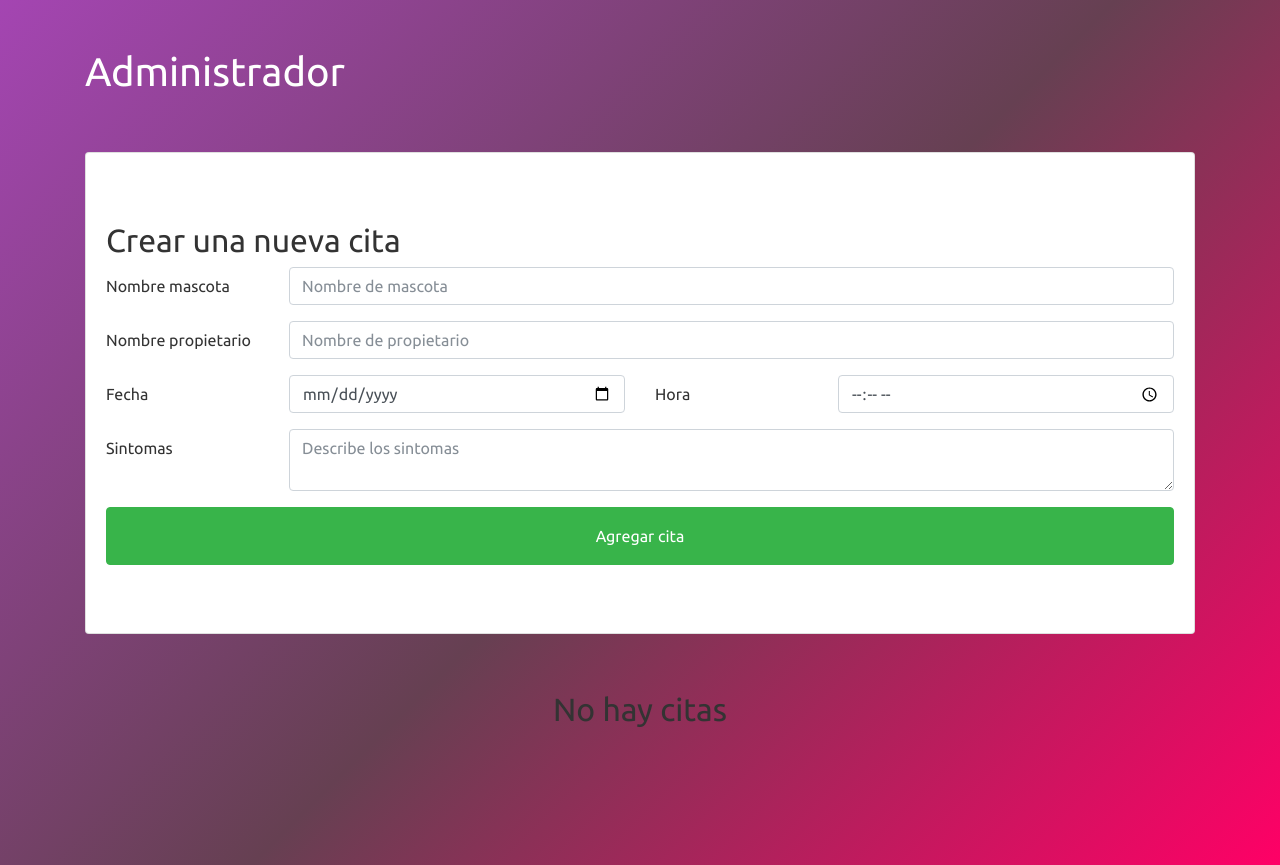
Repository: harrycampaz/react-veterinario-form
Page: /
An editor plug-in stored every save of this project. The page is shown before and after the next save, followed by the edit.
The browser window is 1280 px wide. The pictures show the whole page.
The project was rebuilt for these pictures with package versions that can differ from the ones it lists, and the page was loaded fresh each time. Also part of the build but not shown: src/components/layout/ItemCita.js.

Above is the page before, as saved 2020-01-16 18:15:06.

### src/index.css
html {
  min-height: 100%;
}
body {
  margin: 0;
  padding: 0;
  font-family: sans-serif;
  background-image: linear-gradient(-225deg, #A445B2 0%, rgb(102, 64, 82) 52%, #FF0066 100%);
  min-height: 100%;
  padding-bottom: 5rem;
}

header {
  margin-top: 3rem;
}
h3 {
  color: white;
}
header h1 {
  color: white;
}
.lista-citas .media {
  border-bottom: 1px solid #e1e1e1;
  padding-bottom: 3rem;
}

.lista-citas .media:last-of-type{
  border-bottom: 0;
}
.lista-citas .media-body p {
  margin:0;
}
.lista-citas .media-body button {
  margin-top: 1rem!important;
}
.lista-citas .media-body span {
  font-weight: bold;
}
.col-form-label {
  font-size: 12px;
}

### src/App.js
import React, { Component } from "react";
import "./bootstrap.min.css";
import Header from "./components/ui/Header";
import NuevaCita from "./components/layout/NuevaCita";
import ListCitas from "./components/layout/ListCitas";

class App extends Component {
  state = {
    citas: []
  };

  //Cuando carga el componente
  componentDidMount(){

    const citasLS = localStorage.getItem('citas');

    if(citasLS){
      this.setState({
        citas: JSON.parse(citasLS)
      })
    }



  }

  componentDidUpdate(){
    localStorage.setItem('citas', JSON.stringify(this.state.citas));
  }

  createNewCita = data => {
    const citas = [...this.state.citas, data];

    this.setState({
      citas
    });
  };

  deleteCita = id => {
    console.log(id);

    //Copiar el state
    const citasActuales = [... this.state.citas];

    // Utilizar filter para eliminar id de arreglo

    const citas = citasActuales.filter(cita => cita.id !== id);

    //Actualizar states
    this.setState({
      citas
    })

    console.log('Diste cliecn');


  }
  render() {
    return (
      <div className="container">
        <Header titulo="Administrador" />
        <div className="row">
          <div className="col-md-12 max-auto">
            <NuevaCita createNewCita={this.createNewCita} />
          </div>

          <div className="col-md-12 max-auto">
            <ListCitas
            citas={this.state.citas}
            deleteCita = {this.deleteCita}
            />
          </div>
        </div>
      </div>
    );
  }
}

export default App;

### src/components/ui/Header.js
import React from 'react';
import PropTypes from 'prop-types';
const Header = ({titulo}) => {
    return (
      <header>
<h1 > {titulo}</h1>
      </header>
    );
};

Header.propTypes = {
    titulo: PropTypes.string.isRequired
}

export default Header;

### src/components/layout/NuevaCita.js
import React, { Component } from "react";
import PropTypes from 'prop-types';
import uuid from 'uuid';

const stateInicial = {
    cita: {
        id: 0,
        mascota: '',
        propietario: '',
        fecha: '',
        hora: '',
        sintomas: ''
    },
    error : false
}

class NuevaCita extends Component {


    state = {...stateInicial}

    handleChange = (e) => {
        console.log(e.target.name + ' : ' + e.target.value);

        this.setState({
            cita: {
                ...this.state.cita,
                [e.target.name]: e.target.value
            }
        })

    }

    haldleSubmit = (e) => {

        e.preventDefault();

        const {mascota, propietario, hora, fecha, sintomas} = this.state.cita;

        if(mascota === '' || propietario === '' || hora === '' || fecha === '' || sintomas ===''){

            this.setState({
                error: true
            })

            return;

        }

        const newCita = {...this.state.cita};

        newCita.id = uuid();
        this.props.createNewCita(newCita);

        this.setState({
            ...stateInicial
        })

    }

  render() {

    const {error} = this.state;
    return (

      <div className="card mt-5 py-5">
        <div className="card-body">
          <h2> Crear una nueva cita</h2>

{error ? <div class="alert alert-danger" role="alert">
  Todos los cambios son obligatorios!
</div> : null}

        <form onSubmit = {this.haldleSubmit}>
          <div className="form-group row">
            <label className="col-sm-4 col-lg-2 col-form-label">
              Nombre mascota
            </label>
            <div className="col-sm-8 col-lg-10">
              <input
                type="text"
                className="form-control"
                name="mascota"
                id="mascota"
                placeholder="Nombre de mascota"
                onChange = {this.handleChange}
                value = {this.state.cita.mascota}
              />
            </div>
          </div>
          <div className="form-group row">
            <label className="col-sm-4 col-lg-2 col-form-label">
              Nombre propietario
            </label>
            <div className="col-sm-8 col-lg-10">
              <input
                type="text"
                className="form-control"
                name="propietario"
                id="propietario"

                placeholder="Nombre de propietario"
                onChange = {this.handleChange}
                value = {this.state.cita.propietario}
              />
            </div>
          </div>

          <div className="form-group row">
            <label className="col-sm-4 col-lg-2 col-form-label">
              Fecha
            </label>
            <div className="col-sm-8 col-lg-4">
              <input
                type="date"
                className="form-control"
                name="fecha"
                id="fecha"
                onChange = {this.handleChange}
                value = {this.state.cita.fecha}

              />
            </div>

            <label className="col-sm-4 col-lg-2 col-form-label">
              Hora
            </label>
            <div className="col-sm-8 col-lg-4">
              <input
                type="time"
                className="form-control"
                name="hora"
                id="hora"

                placeholder="Nombre de propietario"
                onChange = {this.handleChange}
                value = {this.state.cita.hora}
              />
            </div>
          </div>

          <div className="form-group row">
            <label className="col-sm-4 col-lg-2 col-form-label">
              Sintomas
            </label>
            <div className="col-sm-8 col-lg-10">
              <textarea
                type="text"
                className="form-control"
                name="sintomas"
                id="sintomas"
                placeholder="Describe los sintomas"
                onChange = {this.handleChange}
                value = {this.state.cita.sintomas}
              ></textarea>

            </div>
          </div>

          <input type="submit" className=" py-3 mt-2 btn btn-success btn-block" value="Agregar cita"/>
        </form>
      </div>
      </div>
    );
  }
}

NuevaCita.propTypes = {
    createNewCita: PropTypes.func.isRequired
};

export default NuevaCita;

### src/components/layout/ListCitas.js
import React from "react";
import ItemCita from "./ItemCita";
import PropTypes from 'prop-types';

const ListCitas = ({ citas, deleteCita }) => {


    const mensaje = Object.keys(citas).length === 0  ? 'No hay citas' : 'Citas registradas'

  return (
    <div className="mt-2 py-5">
      <div>
        <h2 className="text-center">{mensaje}</h2>

        <div className="row">
          {citas.map(cita => (

              <ItemCita key={cita.id} cita={cita} deleteCita = {deleteCita} />

          ))}
        </div>
      </div>
    </div>
  );
};

ListCitas.propTypes = {
    citas: PropTypes.array.isRequired,
    deleteCita: PropTypes.func.isRequired
};
export default ListCitas;

Loaded but not shown: public/index.html (common file); src/index.js (common file); src/serviceWorker.js (common file); src/bootstrap.min.css (library)

After the next save:
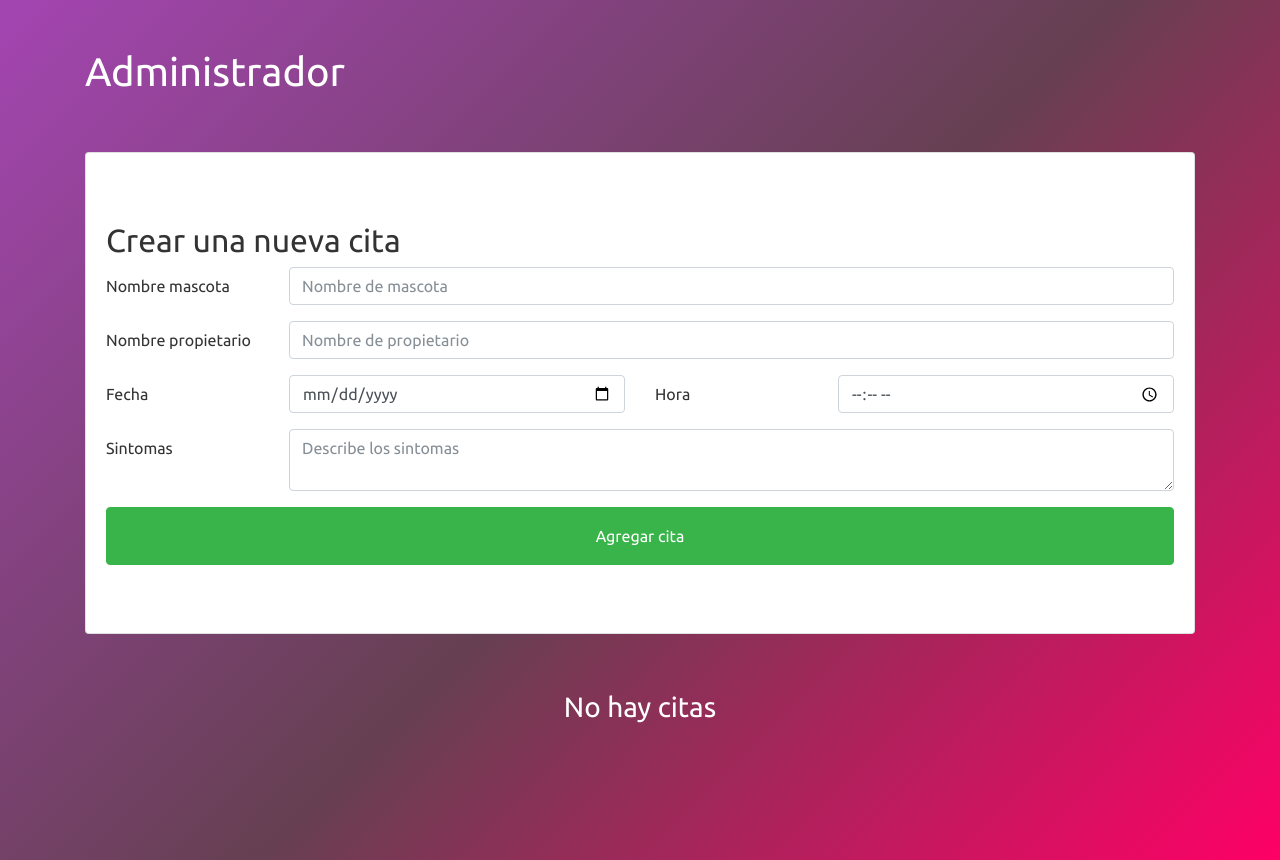
Saved 14 s later.
--- a/src/components/layout/ListCitas.js
+++ b/src/components/layout/ListCitas.js
@@ -10,7 +10,7 @@ const ListCitas = ({ citas, deleteCita }) => {
   return (
     <div className="mt-2 py-5">
       <div>
-        <h2 className="text-center">{mensaje}</h2>
+        <h3 className="text-center">{mensaje}</h3>
 
         <div className="row">
           {citas.map(cita => (
